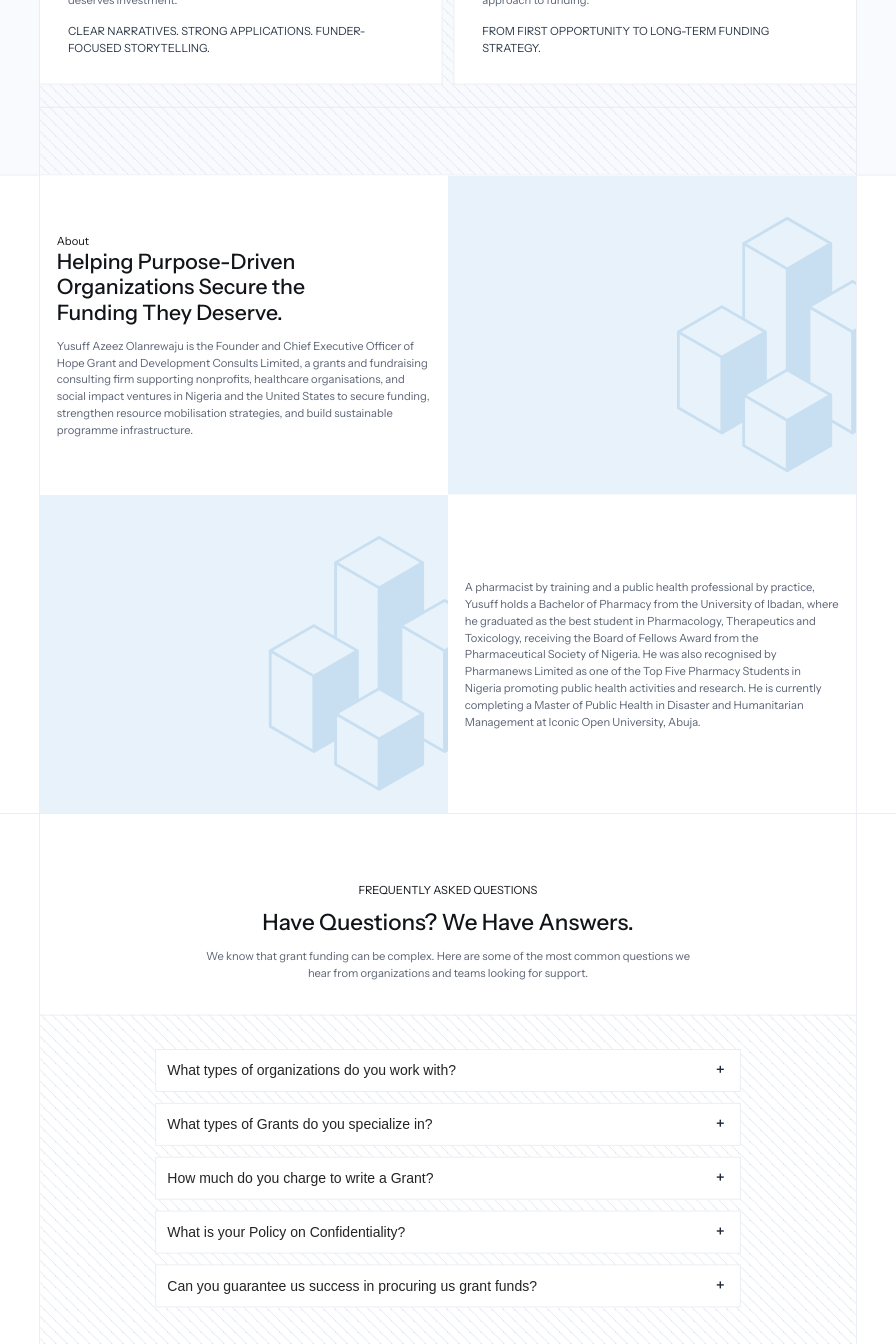
Repository: Ajeyinka/Upgrowth
Page: index.html
The author's editor kept a copy of each file at every save. The page is drawn from the files as they stood at one save, then again after the next save.
The browser window is 1280 px wide. The pictures show the part of the page from y = 3872 to 5792 px (the page is 6758 px tall before and 7080 px after), at 70% of full size.

Above is the page before, as saved 2026-09-24 18:22:17.

After the next save:
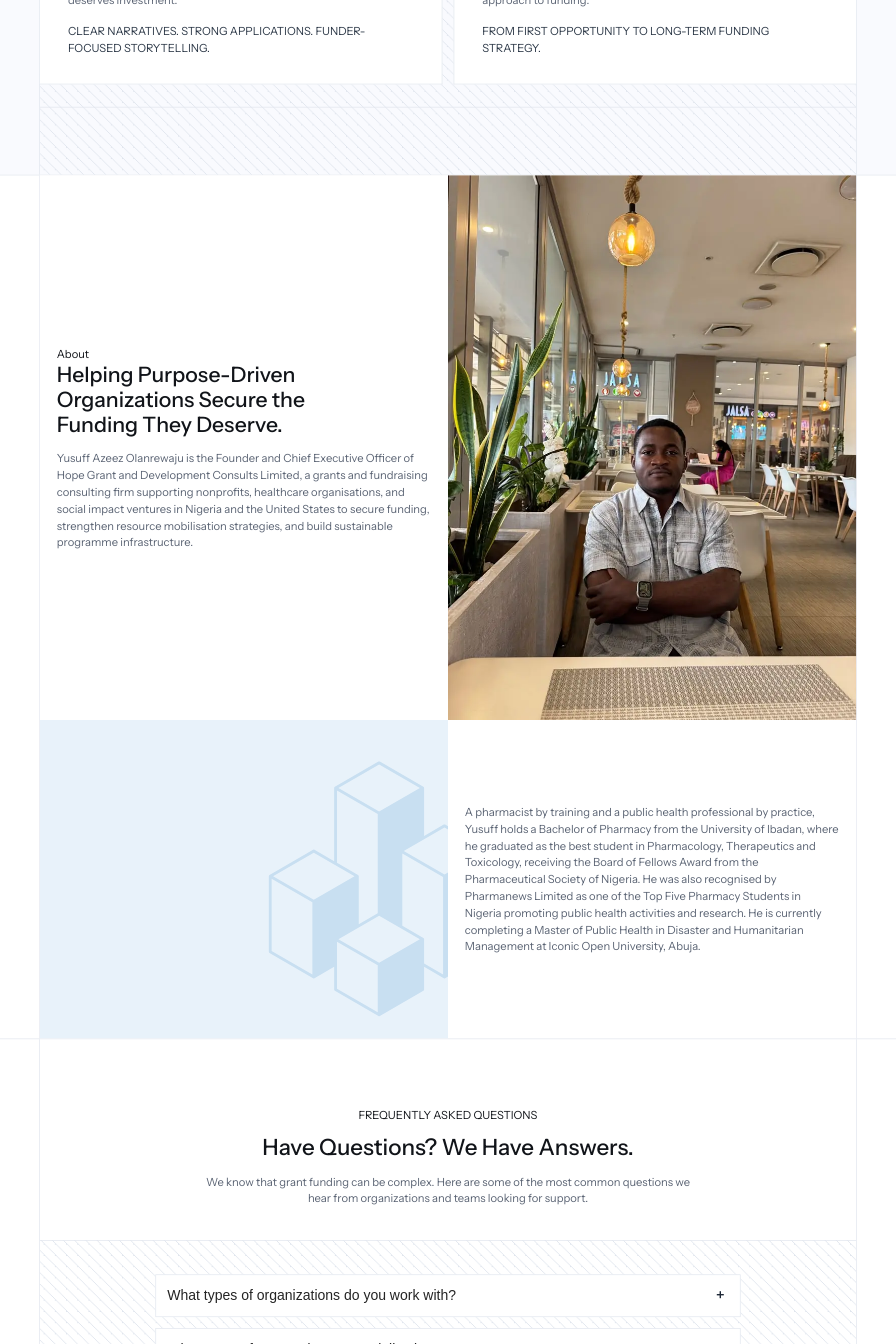
Saved 4 min 17 s later.
--- a/index.html
+++ b/index.html
@@ -277,7 +277,7 @@
             </div>
 
             <div class="grid-image">
-              <img src="images/firstbg.svg" alt="" />
+              <img src="images/consult.webp" alt="" />
             </div>
           </div>
 
